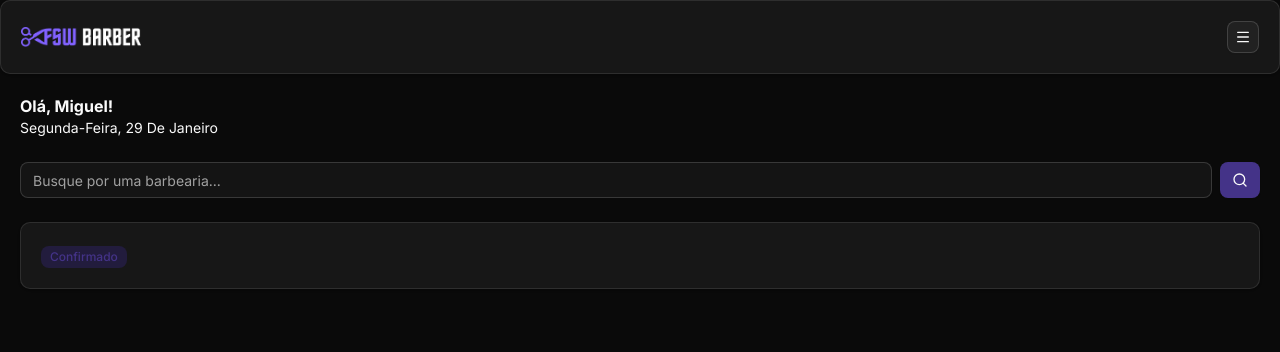
Repository: PaulinhoMachadooo/Barber
Page: /
The author's editor kept a copy of each file at every save. The page is drawn from the files as they stood at one save, then again after the next save.
The browser window is 1280 px wide. The pictures show the whole page.
The project was rebuilt for these pictures with package versions that can differ from the ones it lists, and the page was loaded fresh each time. The framework's server and built-in components were replaced by stand-ins that run in the browser. Also part of the build but not shown: next.config.ts.

Above is the page before, as saved 2025-04-13 18:30:08.

After the next save:
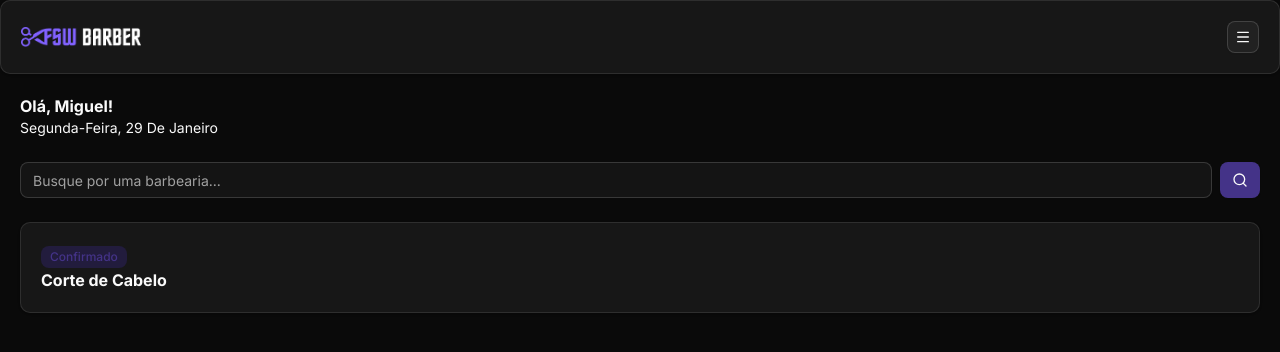
Saved 93 s later.
--- a/app/_components/booking-item.tsx
+++ b/app/_components/booking-item.tsx
@@ -8,6 +8,7 @@ const  BookingItem = () => {
             <CardContent className="p-5">
                 <div >
                     <Badge className="bg-[#221C3D] text-primary">Confirmado</Badge>
+                    <h2 className="font-bold">Corte de Cabelo</h2>
                 </div>
             </CardContent>
         </Card>
